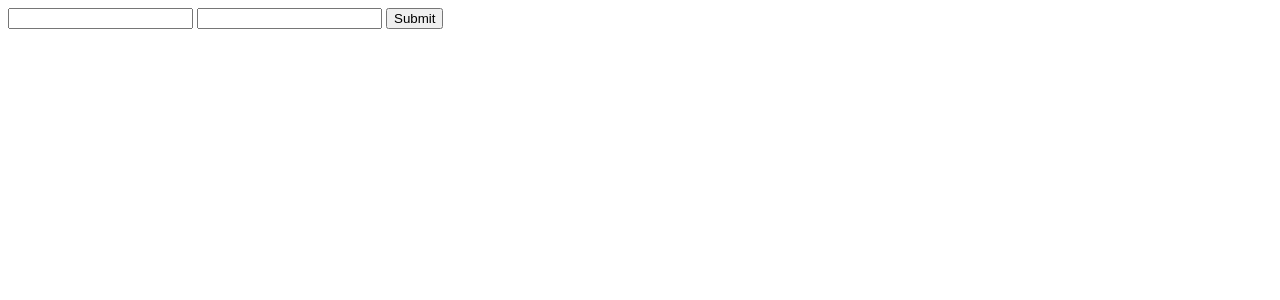
Repository: hyunkwanko/Oracle
Page: http://localhost/JSP/login.jsp
These files come from the project's save history. The page is drawn as it stood at one moment and after the next save; the edit follows.
The browser window is 1280 px wide. The pictures show the whole page.
The page is served by Tomcat 9.

Above is the page before, as saved 2019-04-12 02:42:19.

After the next save:
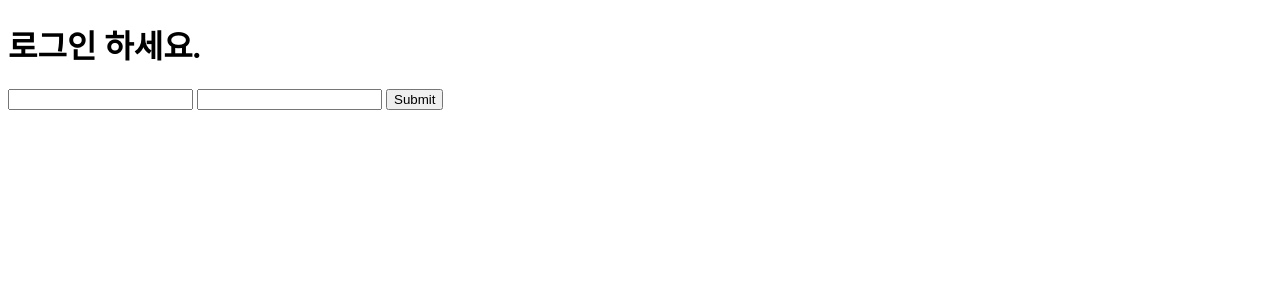
Saved 30 s later.
--- a/JSP/WebContent/login.jsp
+++ b/JSP/WebContent/login.jsp
@@ -3,15 +3,16 @@
 
 <!DOCTYPE html>
 <html>
-<head>
-<meta charset="UTF-8">
-<title>Insert title here</title>
-</head>
-<body>
-	<FORM ACTION="j_security_check" METHOD="POST">
-		<INPUT TYPE="TEXT" NAME="j_username" />
-		<INPUT TYPE="PASSWORD" NAME="j_password" />
-		<INPUT TYPE="SUBMIT" />
-	</FORM>
-</body>
+	<head>
+	<meta charset="UTF-8">
+	<title>Insert title here</title>
+	</head>
+	<body>
+		<h1> 로그인 하세요. </h1>
+		<FORM ACTION="j_security_check" METHOD="POST">
+			<INPUT TYPE="TEXT" NAME="j_username" />
+			<INPUT TYPE="PASSWORD" NAME="j_password" />
+			<INPUT TYPE="SUBMIT" />
+		</FORM>
+	</body>
 </html>
